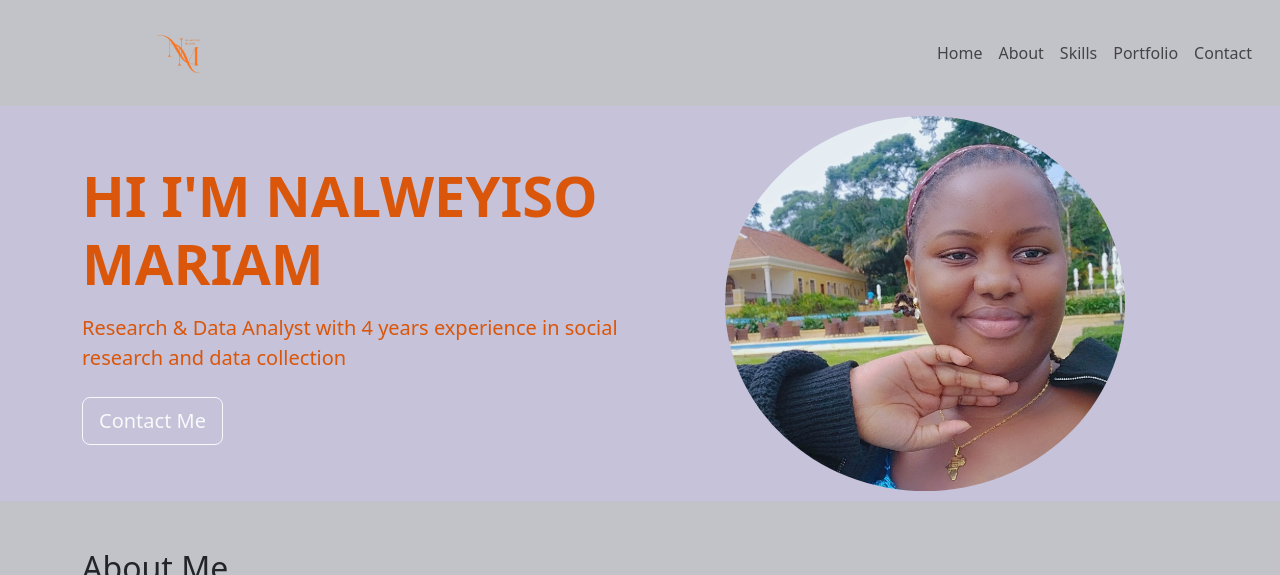
Repository: NalweMari/My-Personal-Portfolio
Page: index.html
These files come from the project's save history. The page is drawn as it stood at one moment and after a run of saves; the edit follows.
The browser window is 1280 px wide. The pictures show the part of the page from y = 0 to 575 px (the page is 1005 px tall).
A picture or video elsewhere on the page could not be fetched, so the positions and the page height are approximate.

Above is the page before, as saved 2025-11-28 12:01:10.
Console error (its wording comes from the project's code and is left out).

After the next 6 saves:
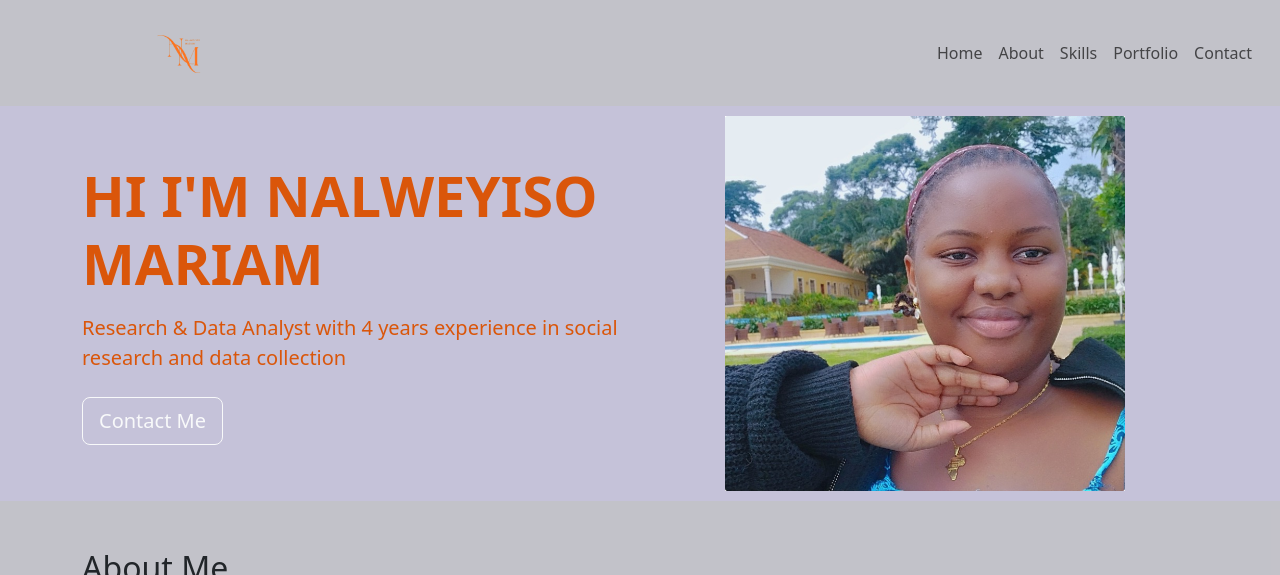
The 6 saves are shown as one change because they came seconds apart.
The last was saved 19 s later.
--- a/index.html
+++ b/index.html
@@ -47,7 +47,7 @@
                     </div>
                 </div>
                 <div class="col-lg-6 text-center mt-5 mt-lg-0">
-                    <img src="images/Profile design.png" class="img-fluid rounded-circle large-profile"
+                    <img src="images/Profile design.png" class="img-fluid rounded-square large-profile"
                         alt="Nalweyiso Mariam">
                 </div>
             </div>
